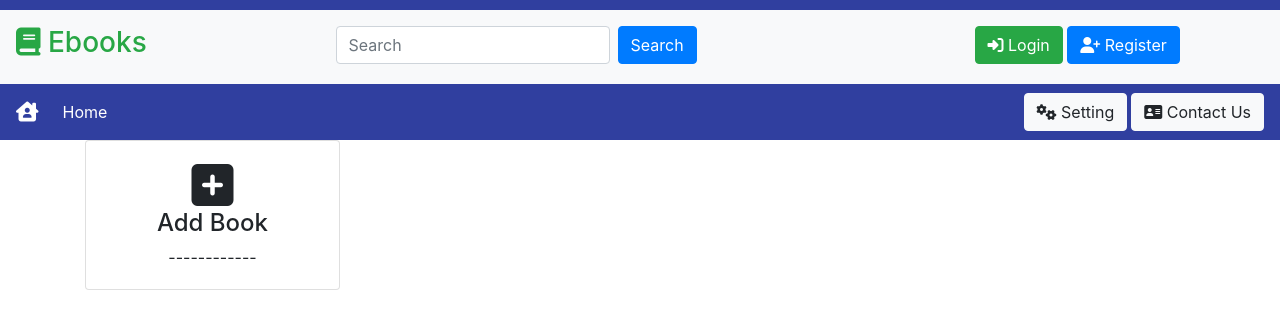
Repository: chittaranjan24/E-Books_Management_System
Page: http://localhost/Ebook-App/admin/home.jsp
An editor plug-in stored every save of this project. The page is shown before and after the next save, followed by the edit.
The browser window is 1280 px wide. The pictures show the whole page.
Some web libraries are served in a nearby version. The page is served by Tomcat 9.

Above is the page before, as saved 2023-08-26 14:40:43.

After the next save:
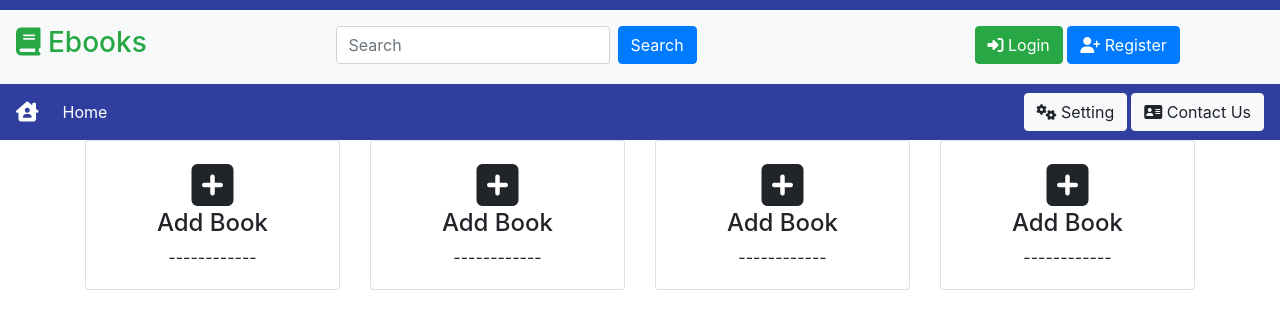
Saved 53 s later.
--- a/Ebook-App/src/main/webapp/admin/home.jsp
+++ b/Ebook-App/src/main/webapp/admin/home.jsp
@@ -22,6 +22,37 @@
 					</div>
 				</div>
 			</div>
+
+			<div class="col-md-3">
+				<div class="card">
+					<div class="card-body text-center">
+					<i class="fa-solid fa-square-plus fa-3x"></i><br>
+					<h4>Add Book</h4>
+					------------
+					</div>
+				</div>
+			</div>
+
+			<div class="col-md-3">
+				<div class="card">
+					<div class="card-body text-center">
+					<i class="fa-solid fa-square-plus fa-3x"></i><br>
+					<h4>Add Book</h4>
+					------------
+					</div>
+				</div>
+			</div>
+
+			<div class="col-md-3">
+				<div class="card">
+					<div class="card-body text-center">
+					<i class="fa-solid fa-square-plus fa-3x"></i><br>
+					<h4>Add Book</h4>
+					------------
+					</div>
+				</div>
+			</div>
+
 		</div>
 	</div>
 
